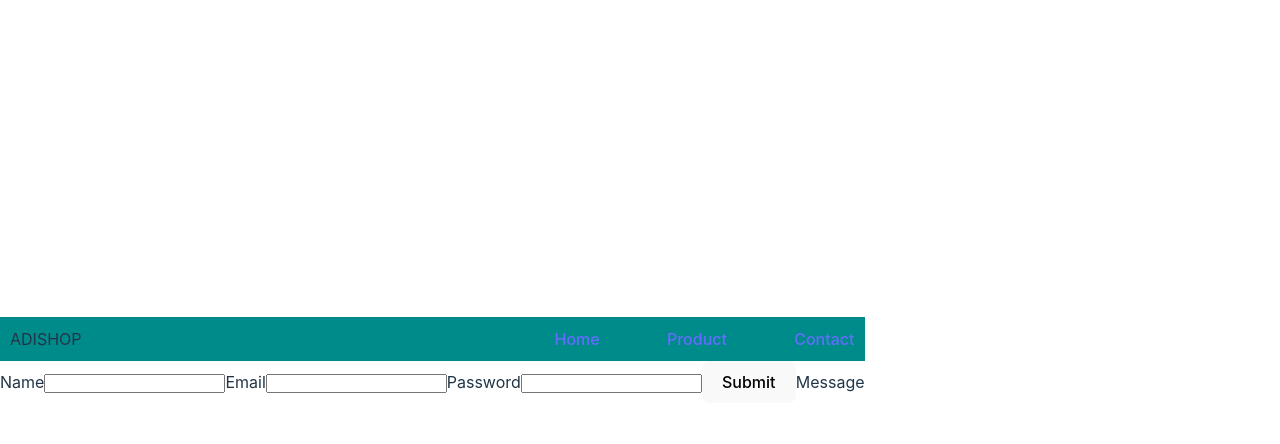
Repository: Aditya0377/React-ecommercewebsite
Page: /contact (app in ecommerce/)
These files come from the project's save history. The page is drawn as it stood at one moment and after a run of saves; the edit follows.
The browser window is 1280 px wide. The pictures show the whole page.
The project was rebuilt for these pictures with package versions that can differ from the ones it lists, and the page was loaded fresh each time. Also part of the build but not shown: ecommerce/vite.config.js, ecommerce/src/components/Home.jsx, ecommerce/src/components/Product.css, ecommerce/src/components/Product.jsx, ecommerce/src/components/Contact.css.

Above is the page before, as saved 2025-01-21 15:45:47.

After the next 2 saves:
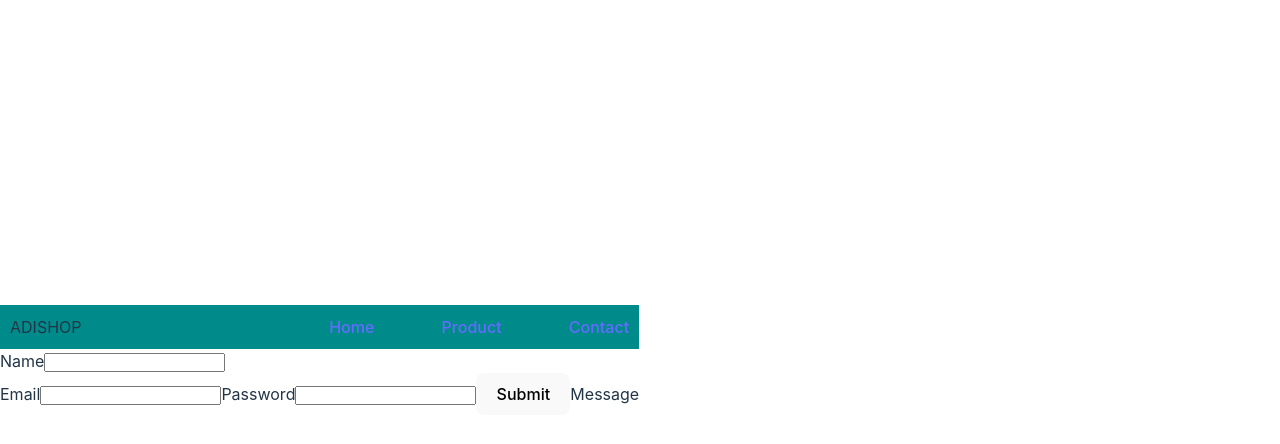
The 2 saves are shown as one change because they came seconds apart.
The last was saved 27 s later.
--- a/ecommerce/src/components/Contact.jsx
+++ b/ecommerce/src/components/Contact.jsx
@@ -5,7 +5,7 @@ const Contact = () => {
         <div className='paradiv'>
             <form className='contact'>
                 <label>Name</label>
-                <input type='text' />
+                <input type='text' /><br />
                 <label>Email</label>
                 <input type='email' />
                 <label>Password</label>
@@ -14,7 +14,7 @@ const Contact = () => {
                 <label>Message</label>
                 <div className='message'> </div>
             </form>
-        </div>
+        </div >
     )
 }
 
